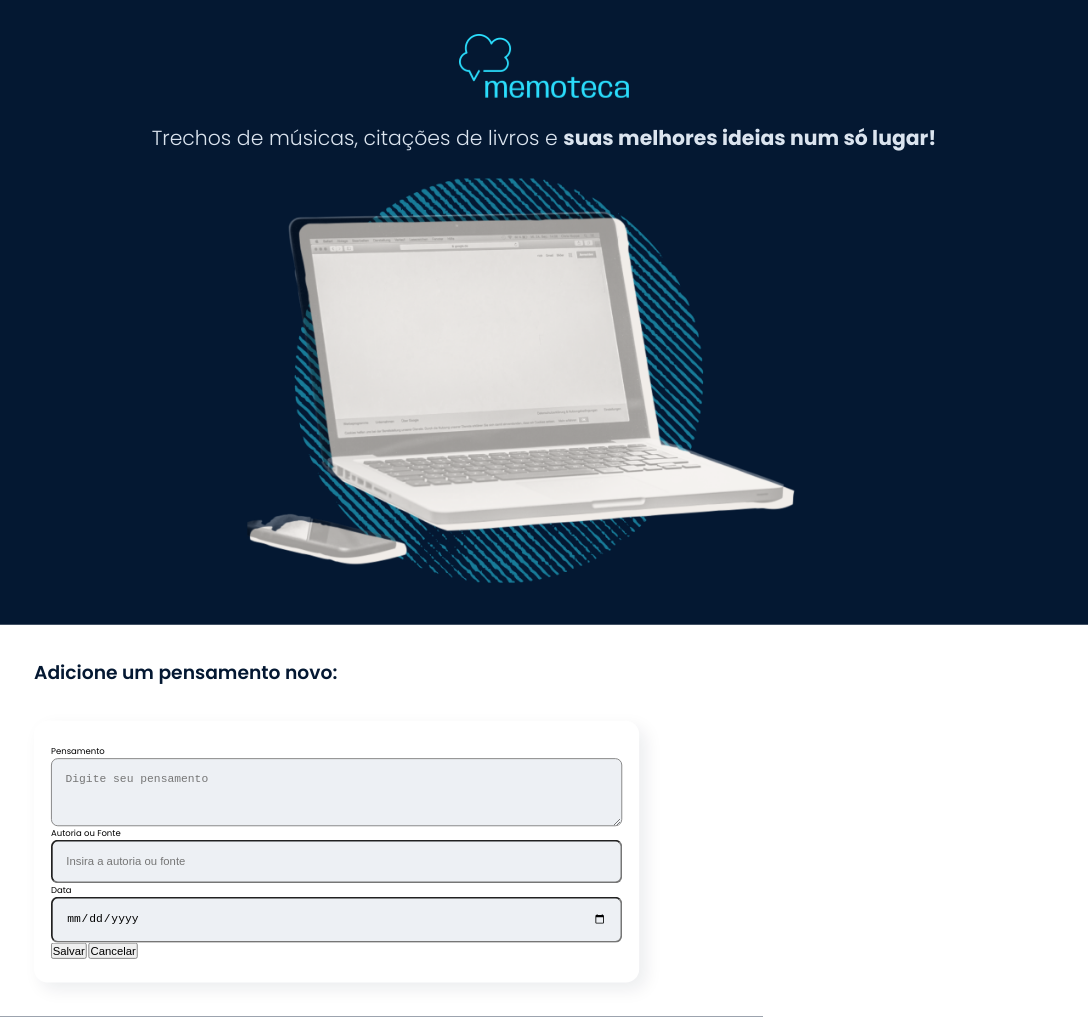
Repository: joaoPraiaJunior/crud_js
Page: index.html
These files come from the project's save history. The page is drawn as it stood at one moment and after the next save; the edit follows.
The browser window is 1280 px wide. The pictures show the whole page, at 85% of full size.

Above is the page before, as saved 2024-09-26 22:48:45.

After the next save:
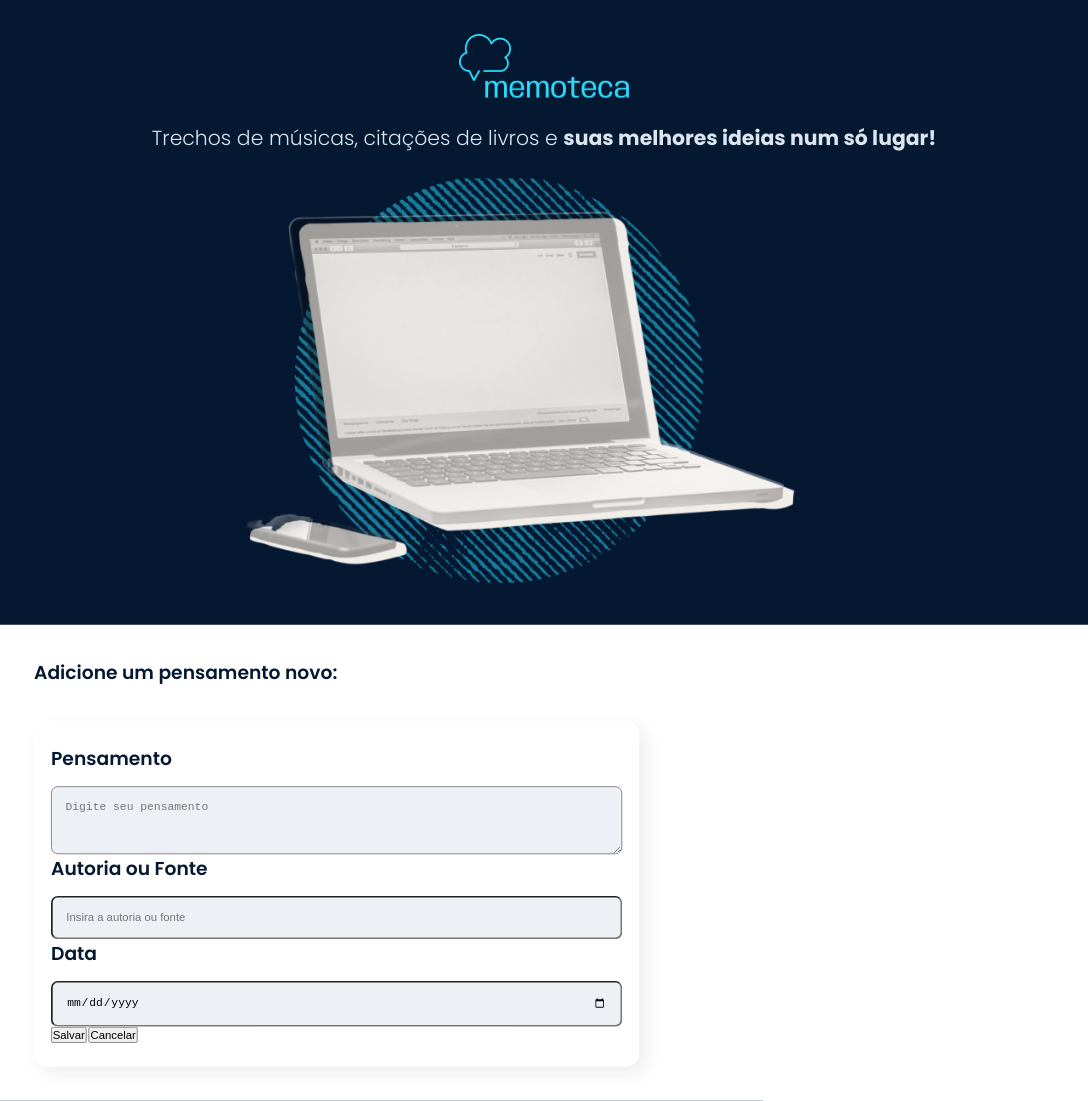
Saved 50 s later.
--- a/css/styles.css
+++ b/css/styles.css
@@ -108,6 +108,16 @@ main {
 	cursor: pointer;
 }
 
+#pensamento-form label {
+	color: var(--Azul-Dark, #041832);
+	font-family: var(--font-primaria);
+	font-size: 2.2rem;
+	font-style: normal;
+	font-weight: 600;
+	line-height: normal;
+	margin-bottom: 1.6rem;
+}
+
 /* main {
 	padding-top: 12rem;
 	flex: 1;
@@ -201,16 +211,6 @@ h3 {
 	margin-top: 4rem;
 }
 
-
-#pensamento-form label {
-	margin-bottom: 1.6rem;
-	color: var(--Azul-Dark, #041832);
-	font-family: var(--font-primaria);
-	font-size: 2.2rem;
-	font-style: normal;
-	font-weight: 600;
-	line-height: normal;
-}
 
 #pensamento-conteudo::placeholder,
 #pensamento-autoria::placeholder {
